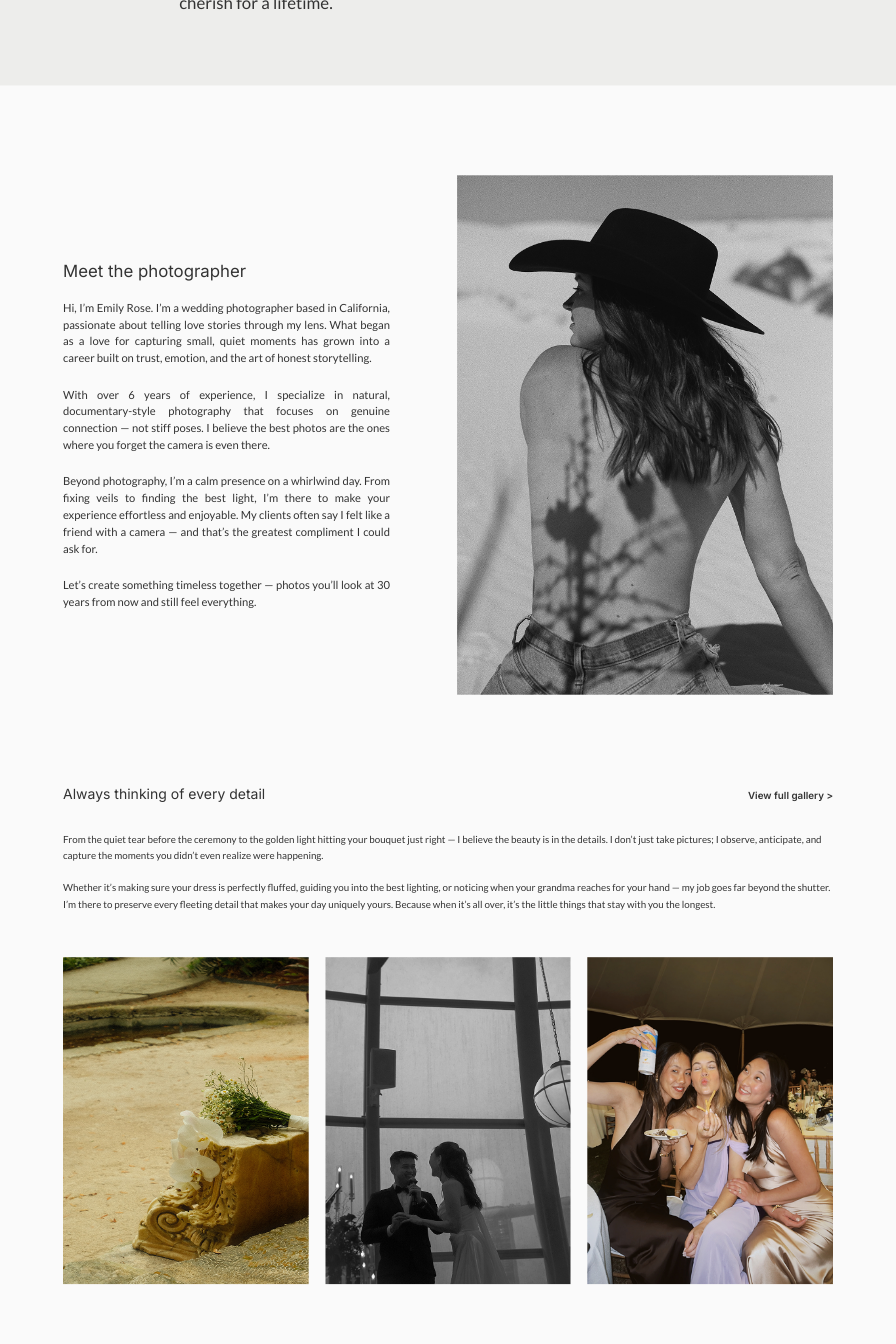
Repository: eduarda-magnago/wt-photography
Page: /
The author's editor kept a copy of each file at every save. The page is drawn from the files as they stood at one save, then again after the next save.
The browser window is 1280 px wide. The pictures show the part of the page from y = 949 to 2869 px (the page is 3880 px tall before and 4198 px after), at 70% of full size.
Some web fonts or font styles are not loaded; a fallback is used. The project was rebuilt for these pictures with package versions that can differ from the ones it lists, and the page was loaded fresh each time. The framework's server and built-in components were replaced by stand-ins that run in the browser. Also part of the build but not shown: next.config.ts.

Above is the page before, as saved 2026-10-14 12:51:31.

### app/layout.tsx
import type { Metadata } from "next";
import { Inter, Lato, Cormorant_SC } from "next/font/google";
import Header from "@/components/layout/header";
import Footer from "@/components/layout/footer";
import "./globals.css";

const inter = Inter({
  subsets: ["latin"],
  variable: "--font-inter",
});

const lato = Lato({
  subsets: ["latin"],
  weight: ["300", "400", "700"],
  variable: "--font-lato",
});

const cormorant = Cormorant_SC({
  subsets: ["latin"],
  weight: ["300", "400", "500"],
  variable: "--font-cormorant",
});

export const metadata: Metadata = {
  title: "WT Timeless Photography",
  description: "Timeless wedding photography",
};

export default function RootLayout({
  children,
}: {
  children: React.ReactNode;
}) {
  return (
    <html
      lang="en"
      className={`${inter.variable} ${lato.variable} ${cormorant.variable}`}
    >
      <body className="font-sans antialiased">
        <Header />
        <main>{children}</main>
        <Footer />
      </body>
    </html>
  );
}

### app/page.tsx
import Hero from "@/components/hero";
import Intro from "@/components/home/intro";
import About from "@/components/home/about";
import Details from "@/components/home/details";
import Testimonials from "@/components/home/testimonials";

export default function Home() {
  return (
    <>
      <Hero
        eyebrow="Timeless Wedding Photography"
        title="Capturing the essence of your treasured moments"
        image="/img/hero-bg.jpg"
      />
      <Intro />
      <About />
      <Details />
      <Testimonials />
    </>
  );
}

### components/layout/header.tsx
"use client";

import { useState } from "react";
import Image from "next/image";
import Link from "next/link";

const navLinks = [
  { label: "Home", href: "/" },
  { label: "About me", href: "/#about" },
  { label: "Gallery", href: "/#gallery" },
  { label: "Testimonials", href: "/#testimonials" },
  { label: "Contact Us", href: "/contact#contact-form" },
];

export default function Header() {
  const [open, setOpen] = useState(false);

  return (
    <header className="absolute inset-x-0 top-0 z-30">
      <div className="flex items-start justify-between px-6 py-8 md:px-14">
        <ul className="flex items-center gap-3">
          <li>
            <a
              href="#"
              aria-label="Instagram"
              className="relative block h-[19px] w-[18px] transition-opacity hover:opacity-70"
            >
              <Image
                src="/img/instagram.png"
                alt=""
                fill
                sizes="18px"
                className="object-contain"
              />
            </a>
          </li>
          <li>
            <a
              href="#"
              aria-label="Facebook"
              className="relative block h-[18px] w-[18px] transition-opacity hover:opacity-70"
            >
              <Image
                src="/img/facebook.png"
                alt=""
                fill
                sizes="18px"
                className="object-contain"
              />
            </a>
          </li>
          <li>
            <a
              href="#"
              aria-label="YouTube"
              className="relative block h-[18px] w-[18px] transition-opacity hover:opacity-70"
            >
              <Image
                src="/img/youtube.png"
                alt=""
                fill
                sizes="18px"
                className="object-contain"
              />
            </a>
          </li>
          <li>
            <a
              href="#"
              aria-label="LinkedIn"
              className="relative block h-[18px] w-[18px] transition-opacity hover:opacity-70"
            >
              <Image
                src="/img/linkedin.png"
                alt=""
                fill
                sizes="18px"
                className="object-contain"
              />
            </a>
          </li>
        </ul>

        <button
          type="button"
          onClick={() => setOpen(true)}
          aria-label="Open menu"
          className="relative block h-6 w-9 transition-opacity hover:opacity-70"
        >
          <Image
            src="/img/menu.png"
            alt=""
            fill
            sizes="36px"
            className="object-contain"
          />
        </button>
      </div>

      {open && (
        <div className="fixed inset-0 z-40 flex items-center justify-center bg-ink/95">
          <button
            type="button"
            onClick={() => setOpen(false)}
            aria-label="Close menu"
            className="absolute right-6 top-8 text-3xl text-white md:right-14"
          >
            ✕
          </button>
          <nav>
            <ul className="flex flex-col items-center gap-8">
              {navLinks.map((link) => (
                <li key={link.label}>
                  <Link
                    href={link.href}
                    onClick={() => setOpen(false)}
                    className="font-heading text-2xl text-white"
                  >
                    {link.label}
                  </Link>
                </li>
              ))}
            </ul>
          </nav>
        </div>
      )}
    </header>
  );
}

### components/layout/footer.tsx
import Image from "next/image";
import Link from "next/link";

const exploreLinks = [
  { label: "Home", href: "/" },
  { label: "About me", href: "/#about" },
  { label: "Gallery", href: "/#gallery" },
  { label: "Testimonials", href: "/#testimonials" },
  { label: "Contact Us", href: "/contact#contact-form" },
];

export default function Footer() {
  return (
    <footer>
      <div className="bg-ink px-6 py-16 text-sm text-white md:px-14">
        <div className="mx-auto max-w-5xl">
          <div className="border-t border-white/30 pt-12">
            <div className="grid gap-12 md:grid-cols-[1fr_auto_auto] md:gap-20">
              <div>
                <Image
                  src="/img/logo.png"
                  alt="WT Timeless Photography"
                  width={240}
                  height={110}
                />
                <p className="mt-6 max-w-xs">
                  With a natural and artistic approach, we create photographs
                  that reflect everything.
                </p>
                <ul className="mt-6 flex items-center gap-3">
                  <li>
                    <a href="#" aria-label="Instagram" className="transition-opacity hover:opacity-70">
                      <Image src="/img/instagram.png" alt="" width={18} height={18} />
                    </a>
                  </li>
                  <li>
                    <a href="#" aria-label="Facebook"
                      className="relative block h-[18px] w-[18px] transition-opacity hover:opacity-70"
                    >
                      <Image src="/img/facebook.png" alt="" fill sizes="18px" className="object-contain"/>
                    </a>
                  </li>
                  <li>
                    <a href="#" aria-label="YouTube" className="transition-opacity hover:opacity-70">
                      <Image src="/img/youtube.png" alt="" width={18} height={18} />
                    </a>
                  </li>
                  <li>
                    <a href="#" aria-label="LinkedIn" className="transition-opacity hover:opacity-70">
                      <Image src="/img/linkedin.png" alt="" width={18} height={18} />
                    </a>
                  </li>
                </ul>
              </div>

              <div>
                <h3 className="mb-6 text-xs uppercase tracking-widest">
                  Explore
                </h3>
                <ul className="space-y-2">
                  {exploreLinks.map((link) => (
                    <li key={link.label}>
                      <Link href={link.href}>{link.label}</Link>
                    </li>
                  ))}
                </ul>
              </div>

              <div>
                <h3 className="mb-6 text-xs uppercase tracking-widest">
                  Enquiries
                </h3>
                <address className="not-italic leading-relaxed">
                  641 Route de Gibannaz
                  <br />
                  Les Gets
                  <br />
                  74260
                </address>
                <div className="mt-6 flex flex-col gap-1 underline">
                  <a href="tel:+33685204809">+33 (0)6 85 20 48 09</a>
                  <a href="tel:+447967728009">+44 (0)7967 728009</a>
                </div>
                <a
                  href="mailto:info@weddingphoto.com"
                  className="mt-6 block underline"
                >
                  info@weddingphoto.com
                </a>
              </div>
            </div>

            <div className="mt-16 flex flex-col gap-4 border-t border-white/30 pt-6 text-xs md:flex-row md:justify-between">
              <p>
                Designed &amp; developed by{" "}
                <a href="https://www.instagram.com/webstudio.em" target="_blank" rel="noopener noreferrer" className="underline">
                  EM Studio
                </a>
              </p>
              <div className="flex gap-6 underline">
                <a href="#">Terms &amp; Conditions</a>
                <a href="#">Privacy Policy</a>
              </div>
            </div>
          </div>
        </div>
      </div>
      <p className="bg-neutral-200 px-6 py-5 text-center text-xs uppercase tracking-wide">
        © WT Timeless Photography 2026 - All the rights reserved.
      </p>
    </footer>
  );
}

### app/globals.css
@import "tailwindcss";

@theme inline {
  --font-sans: var(--font-lato);
  --font-heading: var(--font-inter);
  --font-hero: var(--font-cormorant);

  --color-ink: #333333;
  --color-sand: #ededeb;
  --color-paper: #fafafa;
  --color-blush: #f4e6dc;
}

html {
  scroll-behavior: smooth;
}

body {
  background: var(--color-paper);
  color: var(--color-ink);
}

### components/hero.tsx
import Image from "next/image";
import Link from "next/link";

type HeroProps = {
  eyebrow: string;
  title: string;
  image: string;
  ctaLabel?: string;
  ctaHref?: string;
};

export default function Hero({
  eyebrow,
  title,
  image,
  ctaLabel = "Explore our gallery",
  ctaHref = "/#gallery",
}: HeroProps) {
  return (
    <section className="relative flex h-[70vh] min-h-[715px] items-center justify-center overflow-hidden">
      <Image
        src="/img/hero.png"
        alt=""
        fill
        priority
        sizes="100vw"
        className="object-cover"
      />
      <div className="absolute inset-0 bg-black/20" />
      <div className="relative z-10 flex max-w-3xl flex-col items-center px-6 text-center text-white">
        <p className="mb-4 text-sm">{eyebrow}</p>
        <h1 className="font-hero text-5xl leading-[0.9] md:text-7xl">
          {title}
        </h1>
        <Link
          href={ctaHref}
          className="mt-8 border-b border-white pb-1 text-xs uppercase tracking-wider"
        >
          {ctaLabel}
        </Link>
      </div>
    </section>
  );
}

### components/home/intro.tsx
export default function Intro() {
  return (
    <section className="bg-sand px-6 py-22 md:py-25">
      <p className="mx-auto max-w-3xl text-justify text-xl leading-relaxed md:text-2xl">
        Your love story is one of a kind, filled with genuine emotions,
        meaningful details, and unforgettable moments. Our passion is to
        preserve those fleeting seconds and transform them into timeless images
        that you will cherish for a lifetime.
      </p>
    </section>
  );
}

### components/home/about.tsx
import Image from "next/image";

export default function About() {
  return (
    <section id="about" className="bg-paper px-6 py-24 md:px-14 md:py-32">
      <div className="mx-auto grid max-w-[1100px] items-center gap-12 md:grid-cols-[435fr_500fr] md:gap-x-12 xl:gap-x-[96px]">
        <div>
          <h2 className="font-heading text-2xl">Meet the photographer</h2>

          <div className="mt-6 space-y-7 text-justify text-base leading-6">
            <p>
              Hi, I’m Emily Rose. I’m a wedding photographer based in
              California, passionate about telling love stories through my
              lens. What began as a love for capturing small, quiet moments has
              grown into a career built on trust, emotion, and the art of
              honest storytelling.
            </p>
            <p>
              With over 6 years of experience, I specialize in natural,
              documentary-style photography that focuses on genuine connection
              — not stiff poses. I believe the best photos are the ones where
              you forget the camera is even there.
            </p>
            <p>
              Beyond photography, I’m a calm presence on a whirlwind day. From
              fixing veils to finding the best light, I’m there to make your
              experience effortless and enjoyable. My clients often say I felt
              like a friend with a camera — and that’s the greatest compliment
              I could ask for.
            </p>
            <p>
              Let’s create something timeless together — photos you’ll look at
              30 years from now and still feel everything.
            </p>
          </div>
        </div>

        <div className="relative aspect-[619/855] w-full">
          <Image
            src="/img/about.png"
            alt="Wedding photographer picture"
            fill
            sizes="(min-width: 1280px) 500px, (min-width: 768px) 50vw, 100vw"
            className="object-cover"
          />
        </div>
      </div>
    </section>
  );
}

### components/home/details.tsx
import Image from "next/image";
import Link from "next/link";

const photos = [
  { src: "/img/detail1.png", alt: "Bouquet resting on a golden ornament" },
  { src: "/img/detail2.png", alt: "Couple dancing by a large window" },
  { src: "/img/detail3.png", alt: "Bridesmaids laughing together" },
];

export default function Details() {
  return (
    <section id="gallery" className="bg-paper px-6 pb-24 md:px-14 md:pb-32">
      <div className="mx-auto max-w-[1100px]">
        <div className="flex items-baseline justify-between">
          <h2 className="font-heading text-xl">
            Always thinking of every detail
          </h2>
          <Link href="/#gallery" className="font-heading text-sm font-semibold">
            View full gallery &gt;
          </Link>
        </div>

        <div className="mt-10 space-y-6 text-sm leading-relaxed">
          <p>
            From the quiet tear before the ceremony to the golden light hitting
            your bouquet just right — I believe the beauty is in the details. I
            don’t just take pictures; I observe, anticipate, and capture the
            moments you didn’t even realize were happening.
          </p>
          <p>
            Whether it’s making sure your dress is perfectly fluffed, guiding
            you into the best lighting, or noticing when your grandma reaches
            for your hand — my job goes far beyond the shutter. I’m there to
            preserve every fleeting detail that makes your day uniquely yours.
            Because when it’s all over, it’s the little things that stay with
            you the longest.
          </p>
        </div>

        <div className="mt-16 grid gap-6 md:grid-cols-3">
          {photos.map((photo) => (
            <div key={photo.src} className="relative aspect-[3/4]">
              <Image
                src={photo.src}
                alt={photo.alt}
                fill
                sizes="(min-width: 768px) 33vw, 100vw"
                className="object-cover"
              />
            </div>
          ))}
        </div>
      </div>
    </section>
  );
}

### components/home/testimonials.tsx
"use client";

import { useState } from "react";
import Image from "next/image";

const testimonials = [
  {
    name: "Anna C.",
    image: "/img/testimonial.png",
    quote:
      "I had a very amazing contracting WP for my wedding. They are super kind team and I always felt I could trust 100% in their work. When I received the pictures I was more surprised than I imagined, really good quality! No regrets.",
  },
];

export default function Testimonials() {
  const [index, setIndex] = useState(0);
  const current = testimonials[index];

  function next() {
    setIndex((prev) => (prev + 1) % testimonials.length);
  }

  return (
    <section id="testimonials" className="bg-sand px-6 py-20 md:px-14">
      <div className="mx-auto grid max-w-5xl items-center gap-10 md:grid-cols-[auto_1fr] md:gap-16">
        <div className="relative h-48 w-48 overflow-hidden rounded-full md:h-56 md:w-56">
          <Image
            src={current.image}
            alt={current.name}
            fill
            sizes="224px"
            className="object-cover"
          />
        </div>

        <div>
          <h3 className="font-heading text-xl">{current.name}</h3>
          <blockquote className="mt-4 text-justify text-lg leading-relaxed">
            “{current.quote}”
          </blockquote>
          <button
            type="button"
            onClick={next}
            className="font-heading mt-8 ml-auto block text-sm font-semibold"
          >
            {index + 1}/{testimonials.length} &gt;
          </button>
        </div>
      </div>
    </section>
  );
}

After the next save:
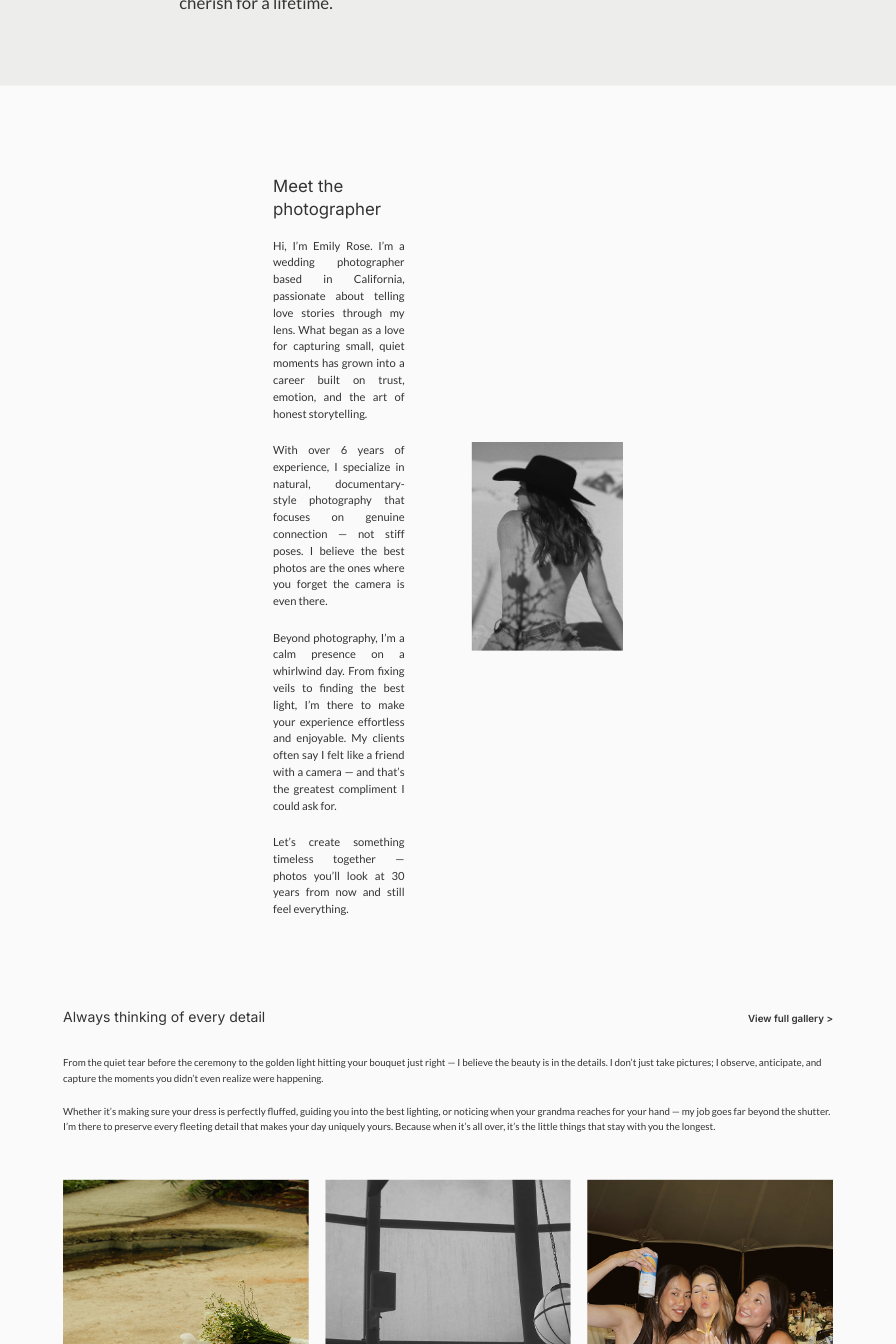
Saved 9 s later.
--- a/components/home/about.tsx
+++ b/components/home/about.tsx
@@ -3,7 +3,7 @@ import Image from "next/image";
 export default function About() {
   return (
     <section id="about" className="bg-paper px-6 py-24 md:px-14 md:py-32">
-      <div className="mx-auto grid max-w-[1100px] items-center gap-12 md:grid-cols-[435fr_500fr] md:gap-x-12 xl:gap-x-[96px]">
+      <div className="mx-auto grid max-w-[500px] items-center gap-12 md:grid-cols-[435fr_500fr] md:gap-x-12 xl:gap-x-[96px]">
         <div>
           <h2 className="font-heading text-2xl">Meet the photographer</h2>
 
